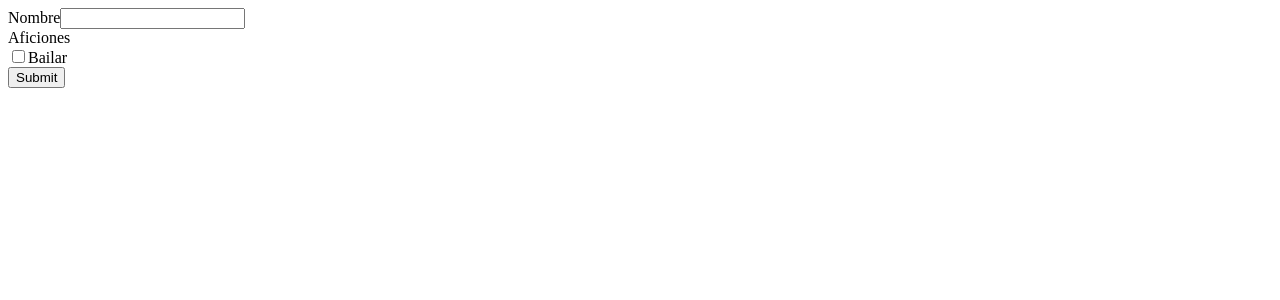
Repository: viorelrosu/spring
Page: http://localhost/Clase/Ej06
These files come from the project's save history. The page is drawn as it stood at one moment and after the next save; the edit follows.
The browser window is 1280 px wide. The pictures show the whole page.
The page is served by Tomcat 9.

Above is the page before, as saved 2021-01-13 11:48:21.

After the next save:
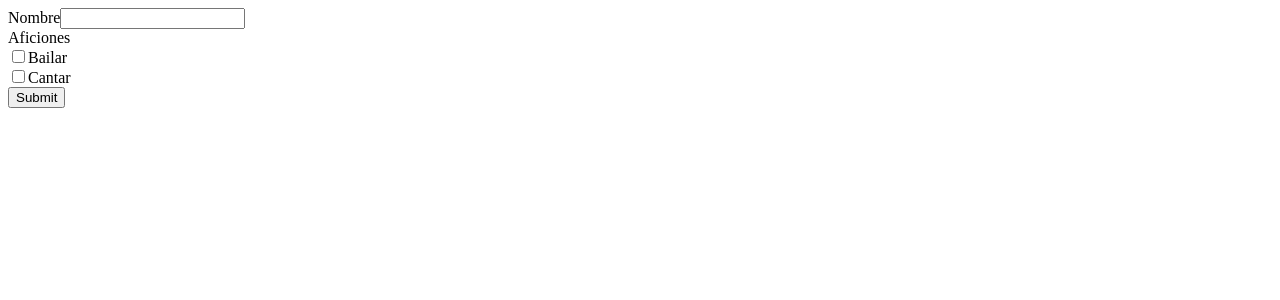
Saved 87 s later.
--- a/Clase/src/t7/ej06/Ej06.java
+++ b/Clase/src/t7/ej06/Ej06.java
@@ -31,6 +31,7 @@ public class Ej06 extends HttpServlet {
 				"Nombre" + "<input type=\"text\" name=\"nombre\" ><br>"
 						+ "<label>Aficiones</label><br />"
 						+ "<input type=\"checkbox\" name=\"aficiones[]\" value=\"Bailar\" id=\"bailar\" /><label for=\"bailar\">Bailar</label><br />"
+						+ "<input type=\"checkbox\" name=\"aficiones[]\" value=\"Cantar\" id=\"cantar\" /><label for=\"cantar\">Cantar</label><br />"
 						+ ""
 				+ "<input type=\"submit\"> " + "</form>");
 	}
